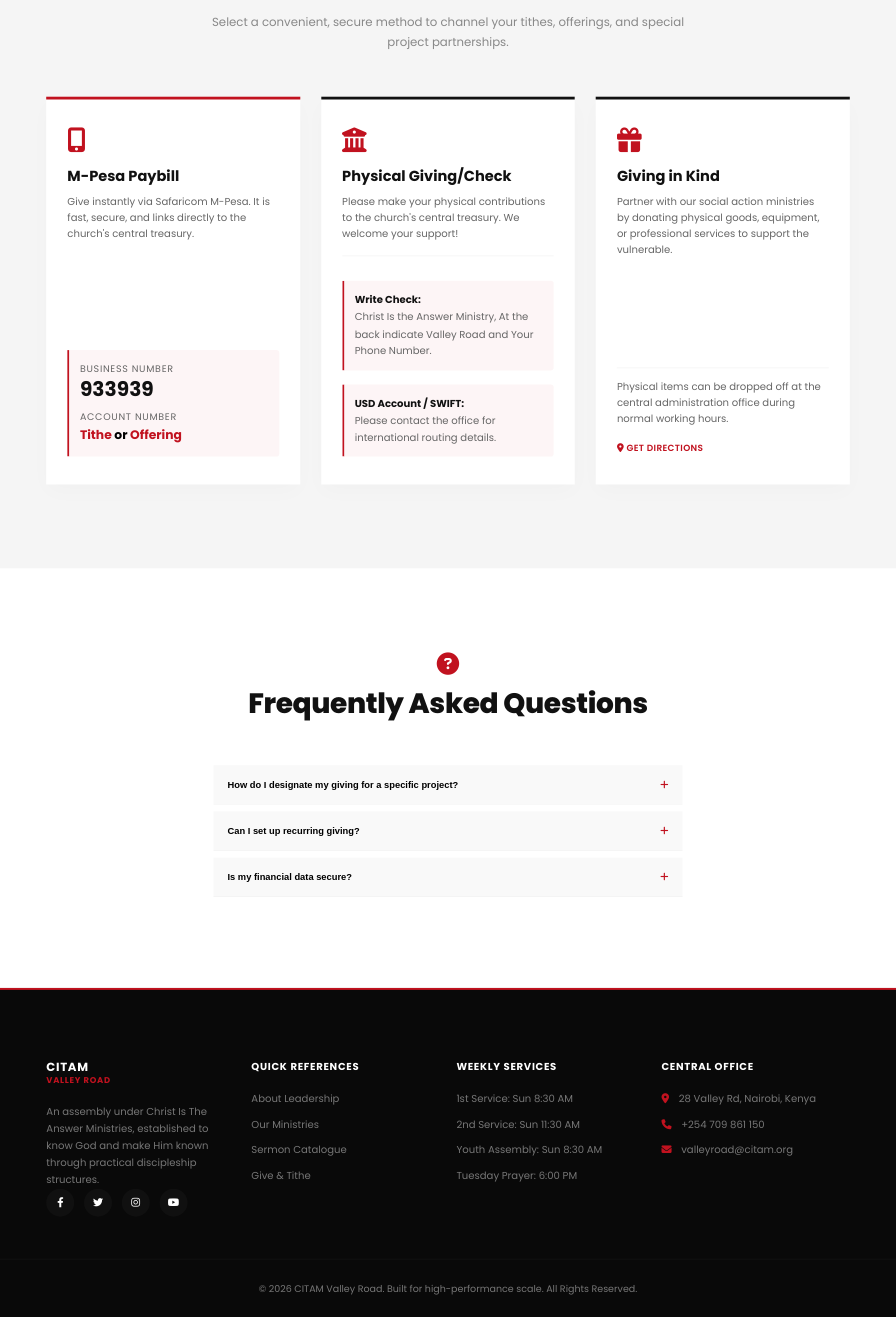
Repository: jereworks/CITAMVRD-Website
Page: give.html
These files come from the project's save history. The page is drawn as it stood at one moment and after a run of saves; the edit follows.
The browser window is 1280 px wide. The pictures show the part of the page from y = 683 to 2603 px (the page is 2565 px tall before and 2603 px after), at 70% of full size.

Above is the page before, as saved 2026-06-11 17:31:04.

### give.html
<!DOCTYPE html>
<html lang="en">
<head>
    <meta charset="UTF-8">
    <meta name="viewport" content="width=device-width, initial-scale=1.0">
    <meta name="description" content="Support the ministry at CITAM Valley Road through your tithes, offerings, and partnership. Find our M-Pesa Paybill, Bank details, and other giving methods.">
    <title>Give & Partner | CITAM Valley Road</title>

    <link rel="preconnect" href="https://fonts.googleapis.com">
    <link rel="preconnect" href="https://fonts.gstatic.com" crossorigin>
    <link href="https://fonts.googleapis.com/css2?family=Poppins:wght@300;400;500;600;700;800&display=swap" rel="stylesheet">
    <link rel="stylesheet" href="https://cdnjs.cloudflare.com/ajax/libs/font-awesome/6.4.0/css/all.min.css">

    <link rel="stylesheet" href="css/style.css">
</head>
<body>

    <div class="top-bar">
        <div class="container top-bar-flex">
            <div class="top-info">
                <span><i class="fas fa-phone-alt"></i> +254 709 861 150</span>
                <span><i class="fas fa-envelope"></i> valleyroad@citam.org</span>
                <span><i class="fas fa-map-marker-alt"></i> 28 Valley Rd, Nairobi, Kenya</span>
            </div>
            <div class="top-social">
                <a href="https://www.facebook.com/citamvrdke" target="_blank" aria-label="Facebook"><i class="fab fa-facebook-f"></i></a>
                <a href="https://x.com/CitamVrdKE" aria-label="Twitter"><i class="fab fa-twitter"></i></a>
                <a href="https://www.instagram.com/citamvrdke/" aria-label="Instagram"><i class="fab fa-instagram"></i></a>
                <a href="https://www.youtube.com/@CITAMValleyRoadNPC" aria-label="YouTube"><i class="fab fa-youtube"></i></a>
            </div>
        </div>
    </div>

    <header class="header" id="header">
        <div class="container nav-container">

            <a href="index.html" class="logo" aria-label="CITAM Valley Road Home" style="display: flex; align-items: center; gap: 15px; text-decoration: none;">
                <img src="images/CITAMLOGO.svg" alt="CITAM Logo" style="height: 70px; width: auto; display: block;">

                <div style="display: flex; flex-direction: column; justify-content: center;">
                    <span style="font-size: 2.2rem; font-weight: 800; color: #ffffff; line-height: 0.85; letter-spacing: 2px;">
                        CITAM
                    </span>
                    <span style="font-size: 0.7rem; font-weight: 400; color: #ffffff; line-height: 1; margin-top: 6px; text-transform: uppercase; width: 100%; text-align-last: justify;">
                        Valley Road
                    </span>
                </div>
            </a>

            <nav class="nav-menu" id="nav-menu" aria-label="Main Navigation">
                <ul class="nav-list">
                    <li><a href="index.html">Home</a></li>
                    <li><a href="about.html">About Us</a></li>
                    <li><a href="ministries.html">Ministries</a></li>
                    <li><a href="sermons.html">Sermons</a></li>
                    <li><a href="events.html">Events</a></li>
                    <li><a href="gallery.html">Gallery</a></li>
                    <li><a href="contact.html">Contact</a></li>
                </ul>
            </nav>

            <div class="nav-actions">
                <a href="give.html" class="btn btn-primary btn-nav active">Give / Tithe</a>
                <button class="hamburger" id="hamburger" aria-expanded="false" aria-label="Toggle navigation menu">
                    <i class="fas fa-bars"></i>
                </button>
            </div>
        </div>
    </header>

    <section class="about-hero-banner" style="background: linear-gradient(rgba(17, 17, 17, 0.85), rgba(17, 17, 17, 0.85)), url('https://images.unsplash.com/photo-1529070538774-1843cb3265df?auto=format&fit=crop&w=1920&q=80') no-repeat center center/cover;">
        <div class="container text-center">
            <span class="hero-pre-tag animate-on-scroll reveal-up">Worship & Partner</span>
            <h1 class="animate-on-scroll reveal-up delay-1">Giving & Tithes</h1>
            <p class="hero-subtext animate-on-scroll reveal-up delay-2">Honoring God through our resources to advance the Kingdom, support our community, and impact the world.</p>
        </div>
    </section>

    <section class="section bg-light">
        <div class="container">
            <div class="text-center mb-4">
                <span class="section-subtitle text-primary">Secure Transfer Ecosystems</span>
                <h2 class="section-title">Ways to Give</h2>
                <p class="max-width-text">Select a convenient, secure method to channel your tithes, offerings, and special project partnerships.</p>
            </div>

            <div class="grid-3 mt-4">

                <div class="identity-box card-vision animate-on-scroll reveal-up" style="display: flex; flex-direction: column;">
                    <div style="overflow: visible;">
                        <i class="fas fa-mobile-alt icon-lead text-primary"></i>
                    </div>
                    <h3>M-Pesa Paybill</h3>
                    <p style="flex-grow: 1;">Give instantly via Safaricom M-Pesa. It is fast, secure, and links directly to the church's central treasury.</p>

                    <div style="background: rgba(193, 18, 31, 0.04); border-left: 3px solid var(--primary); padding: 15px; margin-top: 20px; border-radius: 0 4px 4px 0;">
                        <span style="display: block; font-size: 0.85rem; color: var(--text-muted); text-transform: uppercase; letter-spacing: 1px;">Business Number</span>
                        <strong style="display: block; font-size: 1.8rem; color: var(--dark); line-height: 1.2;">933939</strong>

                        <span style="display: block; font-size: 0.85rem; color: var(--text-muted); text-transform: uppercase; letter-spacing: 1px; margin-top: 12px;">Account Number</span>
                        <strong style="display: block; font-size: 1.1rem; color: var(--primary);">Tithe <span style="color: #000000;">or</span> Offering</strong>
                    </div>
                </div>

                <div class="identity-box animate-on-scroll reveal-up delay-1" style="display: flex; flex-direction: column;">
                    <div style="overflow: visible;">
                        <i class="fas fa-university icon-lead text-primary"></i>
                    </div>
                    <h3>Physical Giving/Check</h3>
                    <p style="flex-grow: 1;">Please make your physical contributions to the church's central treasury. We welcome your support!</p>

                    <div style="border-top: 1px solid rgba(0,0,0,0.05); padding-top: 15px; margin-top: 20px;">
                        <ul style="list-style: none; font-size: 0.9rem;">
                            <li style="background: rgba(193, 18, 31, 0.04); border-left: 3px solid var(--primary); padding: 15px; margin-top: 20px; border-radius: 0 4px 4px 0;">
                                <strong style="color: var(--dark); display: block;">Write Check:</strong>
                                Christ Is the Answer Ministry, At the back indicate Valley Road and Your Phone Number.
                            </li>

                            <li style="background: rgba(193, 18, 31, 0.04); border-left: 3px solid var(--primary); padding: 15px; margin-top: 20px; border-radius: 0 4px 4px 0;">
                                <strong style="color: var(--dark); display: block;">USD Account / SWIFT:</strong>
                                Please contact the office for international routing details.
                            </li>
                        </ul>
                    </div>
                </div>

                <div class="identity-box animate-on-scroll reveal-up delay-2" style="display: flex; flex-direction: column;">
                    <div style="overflow: visible;">
                        <i class="fas fa-gift icon-lead text-primary"></i>
                    </div>
                    <h3>Giving in Kind</h3>
                    <p style="flex-grow: 1;">Partner with our social action ministries by donating physical goods, equipment, or professional services to support the vulnerable.</p>

                    <div style="border-top: 1px solid rgba(0,0,0,0.05); padding-top: 15px; margin-top: 20px;">
                        <p style="font-size: 0.9rem; margin-bottom: 15px;">Physical items can be dropped off at the central administration office during normal working hours.</p>
                        <a href="contact.html" class="action-link" style="color: var(--primary);"><i class="fas fa-map-marker-alt"></i> Get Directions</a>
                    </div>
                </div>

            </div>
        </div>
    </section>

    <section class="section bg-white">
        <div class="container max-width-text">
            <div class="text-center mb-4">
                <i class="fas fa-question-circle text-primary" style="font-size: 2rem; margin-bottom: 15px;"></i>
                <h2 class="section-title">Frequently Asked Questions</h2>
            </div>

            <div class="accordion-container animate-on-scroll reveal-up">

                <div class="accordion-item">
                    <button class="accordion-header" aria-expanded="false">
                        <span>How do I designate my giving for a specific project?</span>
                        <i class="fas fa-plus text-primary transition-smooth"></i>
                    </button>
                    <div class="accordion-content">
                        <p style="padding: 15px 0;">When using M-Pesa, you can indicate the specific project name in the <strong>Account Number</strong> field (e.g., "Building Fund", "Missions", or "Welfare"). For Bank Transfers, please include the designation in your transfer reference notes.</p>
                    </div>
                </div>

                <div class="accordion-item">
                    <button class="accordion-header" aria-expanded="false">
                        <span>Can I set up recurring giving?</span>
                        <i class="fas fa-plus text-primary transition-smooth"></i>
                    </button>
                    <div class="accordion-content">
                        <p style="padding: 15px 0;">Yes. We highly encourage setting up a Standing Order with your bank. This automates your tithes and regular offerings, ensuring consistency. You can use the bank details provided above to set this up with your branch.</p>
                    </div>
                </div>

                <div class="accordion-item">
                    <button class="accordion-header" aria-expanded="false">
                        <span>Is my financial data secure?</span>
                        <i class="fas fa-plus text-primary transition-smooth"></i>
                    </button>
                    <div class="accordion-content">
                        <p style="padding: 15px 0;">Absolutely. All digital transactions are processed directly through Safaricom and our partnered commercial banks. CITAM Valley Road does not intercept, store, or process your direct banking passwords or PINs.</p>
                    </div>
                </div>

            </div>
        </div>
    </section>

    <footer class="footer">
        <div class="container grid-4">
            <div class="footer-col">
                <h3>CITAM<span>Valley Road</span></h3>
                <p>An assembly under Christ Is The Answer Ministries, established to know God and make Him known through practical discipleship structures.</p>
                <div class="social-links">
                    <a href="https://www.facebook.com/citamvrdke" target="_blank" rel="noopener noreferrer" aria-label="Facebook"><i class="fab fa-facebook-f"></i></a>
                    <a href="https://x.com/CitamVrdKE" target="_blank" rel="noopener noreferrer" aria-label="Twitter"><i class="fab fa-twitter"></i></a>
                    <a href="https://www.instagram.com/citamvrdke/" target="_blank" rel="noopener noreferrer" aria-label="Instagram"><i class="fab fa-instagram"></i></a>
                    <a href="https://www.youtube.com/@CITAMValleyRoadNPC" target="_blank" rel="noopener noreferrer" aria-label="YouTube"><i class="fab fa-youtube"></i></a>
                </div>
            </div>
            <div class="footer-col">
                <h4>Quick References</h4>
                <ul>
                    <li><a href="about.html">About Leadership</a></li>
                    <li><a href="ministries.html">Our Ministries</a></li>
                    <li><a href="sermons.html">Sermon Catalogue</a></li>
                    <li><a href="give.html">Give & Tithe</a></li>
                </ul>
            </div>
            <div class="footer-col">
                <h4>Weekly Services</h4>
                <ul>
                    <li>1st Service: Sun 8:30 AM</li>
                    <li>2nd Service: Sun 11:30 AM</li>
                    <li>Youth Assembly: Sun 8:30 AM</li>
                    <li>Tuesday Prayer: 6:00 PM</li>
                </ul>
            </div>
            <div class="footer-col">
                <h4>Central Office</h4>
                <ul>
                    <li><i class="fas fa-map-marker-alt"></i> 28 Valley Rd, Nairobi, Kenya</li>
                    <li><i class="fas fa-phone"></i> +254 709 861 150</li>
                    <li><i class="fas fa-envelope"></i> valleyroad@citam.org</li>
                </ul>
            </div>
        </div>
        <div class="footer-bottom text-center">
            <p>© 2026 CITAM Valley Road. Built for high-performance scale. All Rights Reserved.</p>
        </div>
    </footer>

    <script>
        document.addEventListener('DOMContentLoaded', () => {

            // 1. Sticky Header Intersection
            const header = document.getElementById('header');
            window.addEventListener('scroll', () => {
                if (window.scrollY > 50) {
                    header.classList.add('scrolled');
                } else {
                    header.classList.remove('scrolled');
                }
            });

            // 2. Mobile Nav Toggle
            const hamburger = document.getElementById('hamburger');
            const navMenu = document.getElementById('nav-menu');
            hamburger.addEventListener('click', () => {
                navMenu.classList.toggle('show');
                const isExpanded = hamburger.getAttribute('aria-expanded') === 'true';
                hamburger.setAttribute('aria-expanded', !isExpanded);
            });

            // 3. Cinematic Scroll Reveal via IntersectionObserver
            const observerOptions = {
                root: null,
                rootMargin: '0px',
                threshold: 0.15
            };

            const revealObserver = new IntersectionObserver((entries, observer) => {
                entries.forEach(entry => {
                    if (entry.isIntersecting) {
                        entry.target.classList.add('active');
                        observer.unobserve(entry.target);
                    }
                });
            }, observerOptions);

            const animatableElements = document.querySelectorAll('.animate-on-scroll');
            animatableElements.forEach(el => revealObserver.observe(el));

            // 4. Accordion Logic (Scalable UI Pattern)
            const accordionHeaders = document.querySelectorAll('.accordion-header');

            accordionHeaders.forEach(header => {
                header.addEventListener('click', function() {
                    const content = this.nextElementSibling;
                    const icon = this.querySelector('i');
                    const isOpen = content.style.maxHeight;

                    // Close all other accordions
                    document.querySelectorAll('.accordion-content').forEach(item => {
                        item.style.maxHeight = null;
                    });
                    document.querySelectorAll('.accordion-header i').forEach(item => {
                        item.classList.remove('fa-minus');
                        item.classList.add('fa-plus');
                    });
                    document.querySelectorAll('.accordion-header').forEach(item => {
                        item.setAttribute('aria-expanded', 'false');
                    });

                    // Open clicked if it was closed
                    if (!isOpen) {
                        content.style.maxHeight = content.scrollHeight + "px";
                        icon.classList.remove('fa-plus');
                        icon.classList.add('fa-minus');
                        this.setAttribute('aria-expanded', 'true');
                    }
                });
            });
        });
    </script>
</body>
</html>

Loaded but not shown: css/style.css (1641 lines, source omitted)

After the next 3 saves:
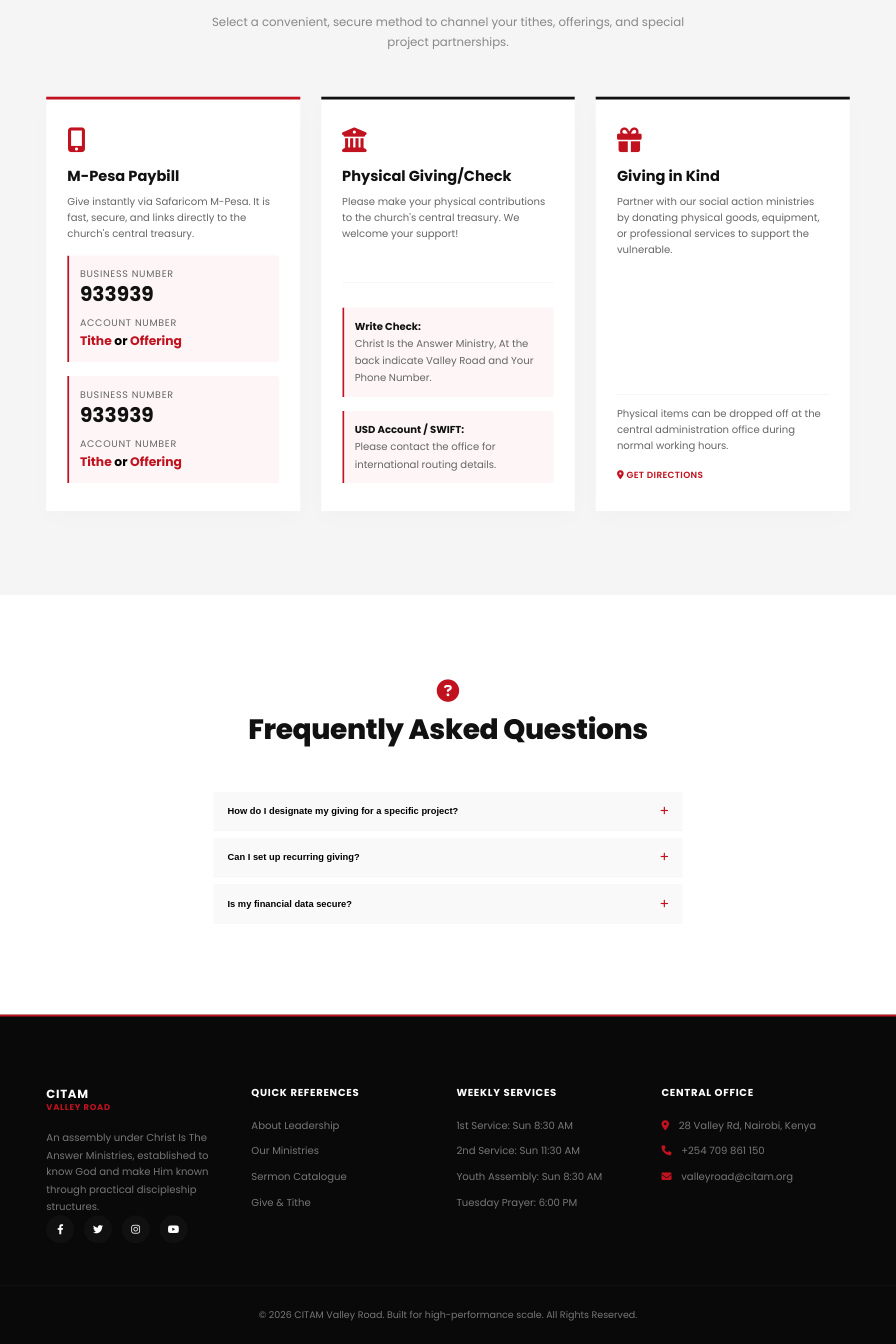
The 3 saves are shown as one change because they came seconds apart.
The last was saved 13 h 55 min later.
--- a/give.html
+++ b/give.html
@@ -100,6 +100,15 @@
                         <span style="display: block; font-size: 0.85rem; color: var(--text-muted); text-transform: uppercase; letter-spacing: 1px; margin-top: 12px;">Account Number</span>
                         <strong style="display: block; font-size: 1.1rem; color: var(--primary);">Tithe <span style="color: #000000;">or</span> Offering</strong>
                     </div>
+
+                    <div style="background: rgba(193, 18, 31, 0.04); border-left: 3px solid var(--primary); padding: 15px; margin-top: 20px; border-radius: 0 4px 4px 0;">
+                        <span style="display: block; font-size: 0.85rem; color: var(--text-muted); text-transform: uppercase; letter-spacing: 1px;">Business Number</span>
+                        <strong style="display: block; font-size: 1.8rem; color: var(--dark); line-height: 1.2;">933939</strong>
+
+                        <span style="display: block; font-size: 0.85rem; color: var(--text-muted); text-transform: uppercase; letter-spacing: 1px; margin-top: 12px;">Account Number</span>
+                        <strong style="display: block; font-size: 1.1rem; color: var(--primary);">Tithe <span style="color: #000000;">or</span> Offering</strong>
+                    </div>
+
                 </div>
 
                 <div class="identity-box animate-on-scroll reveal-up delay-1" style="display: flex; flex-direction: column;">

After the save that followed:
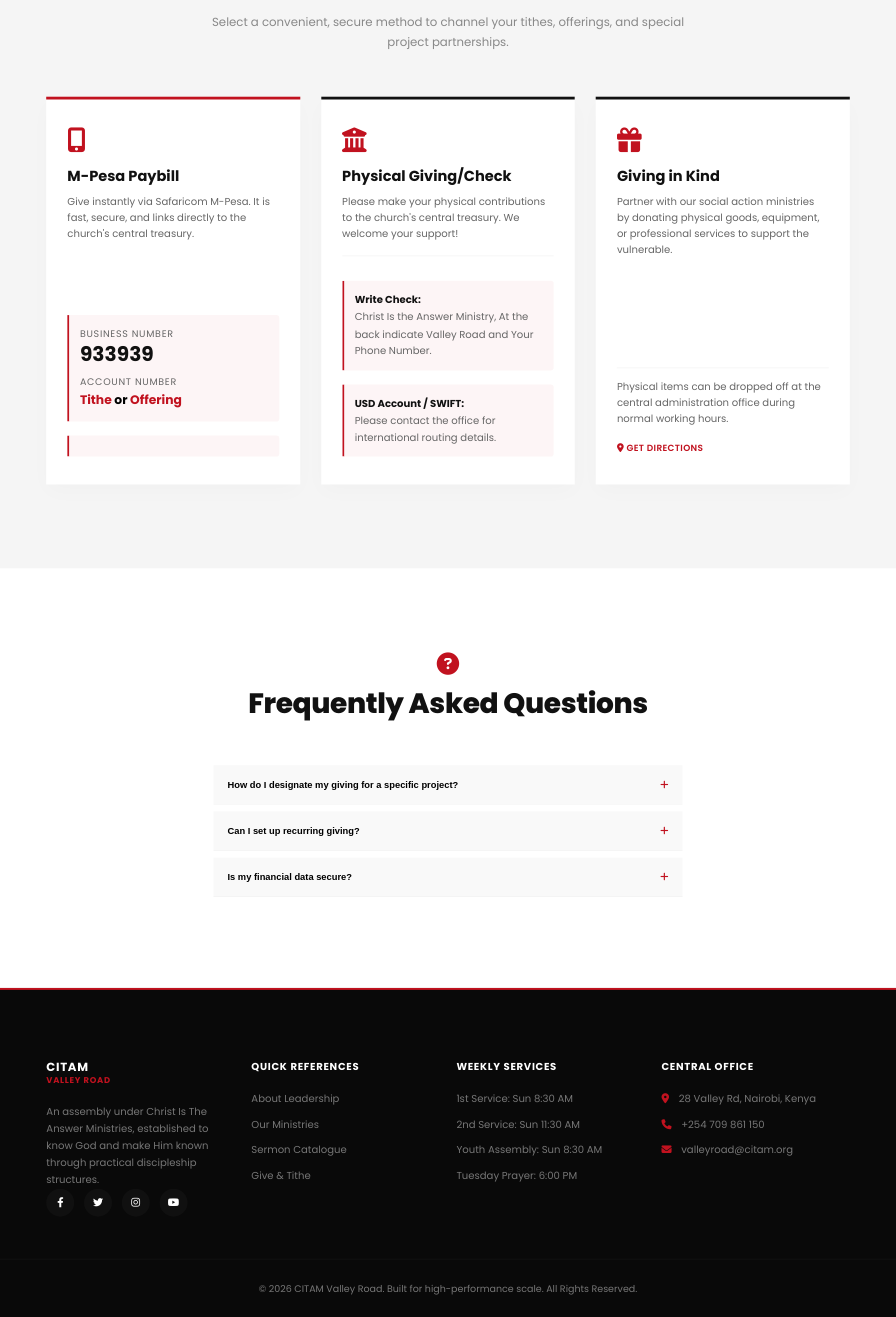
Saved 7 s later.
--- a/give.html
+++ b/give.html
@@ -102,11 +102,7 @@
                     </div>
 
                     <div style="background: rgba(193, 18, 31, 0.04); border-left: 3px solid var(--primary); padding: 15px; margin-top: 20px; border-radius: 0 4px 4px 0;">
-                        <span style="display: block; font-size: 0.85rem; color: var(--text-muted); text-transform: uppercase; letter-spacing: 1px;">Business Number</span>
-                        <strong style="display: block; font-size: 1.8rem; color: var(--dark); line-height: 1.2;">933939</strong>
-
-                        <span style="display: block; font-size: 0.85rem; color: var(--text-muted); text-transform: uppercase; letter-spacing: 1px; margin-top: 12px;">Account Number</span>
-                        <strong style="display: block; font-size: 1.1rem; color: var(--primary);">Tithe <span style="color: #000000;">or</span> Offering</strong>
+
                     </div>
 
                 </div>
